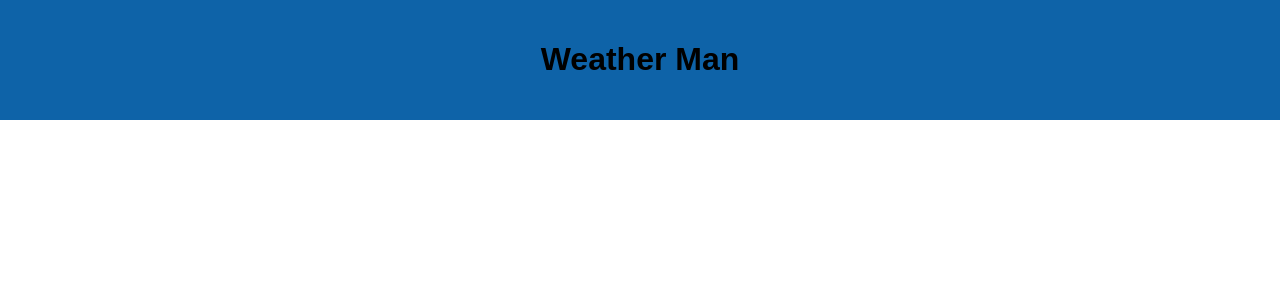
Repository: zackaroo20/Web-Assignment4-API
Page: index.html
An editor plug-in stored every save of this project. The page is shown before and after the next save, followed by the edit.
The browser window is 1280 px wide. The pictures show the whole page.

Above is the page before, as saved 2026-11-14 17:48:49.

After the next save:
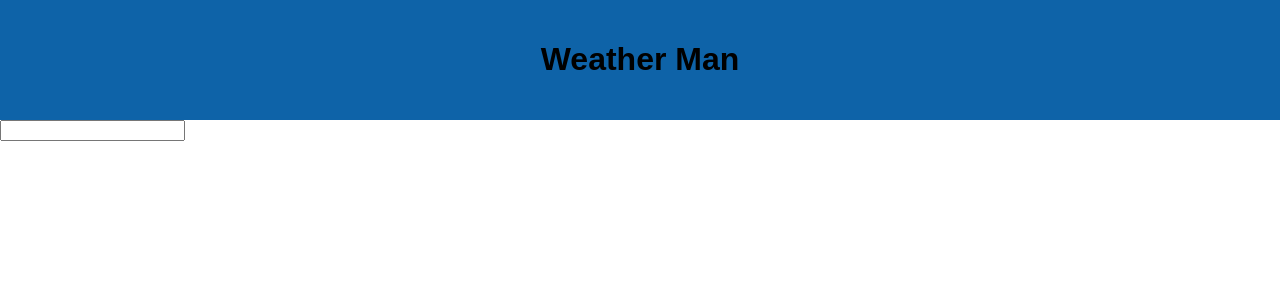
Saved 11 min 7 s later.
--- a/index.html
+++ b/index.html
@@ -10,7 +10,7 @@
        <h1>Weather Man</h1>
     </header>
 <body>
-
+    <input type="search">
 
 </body>
 </html>
